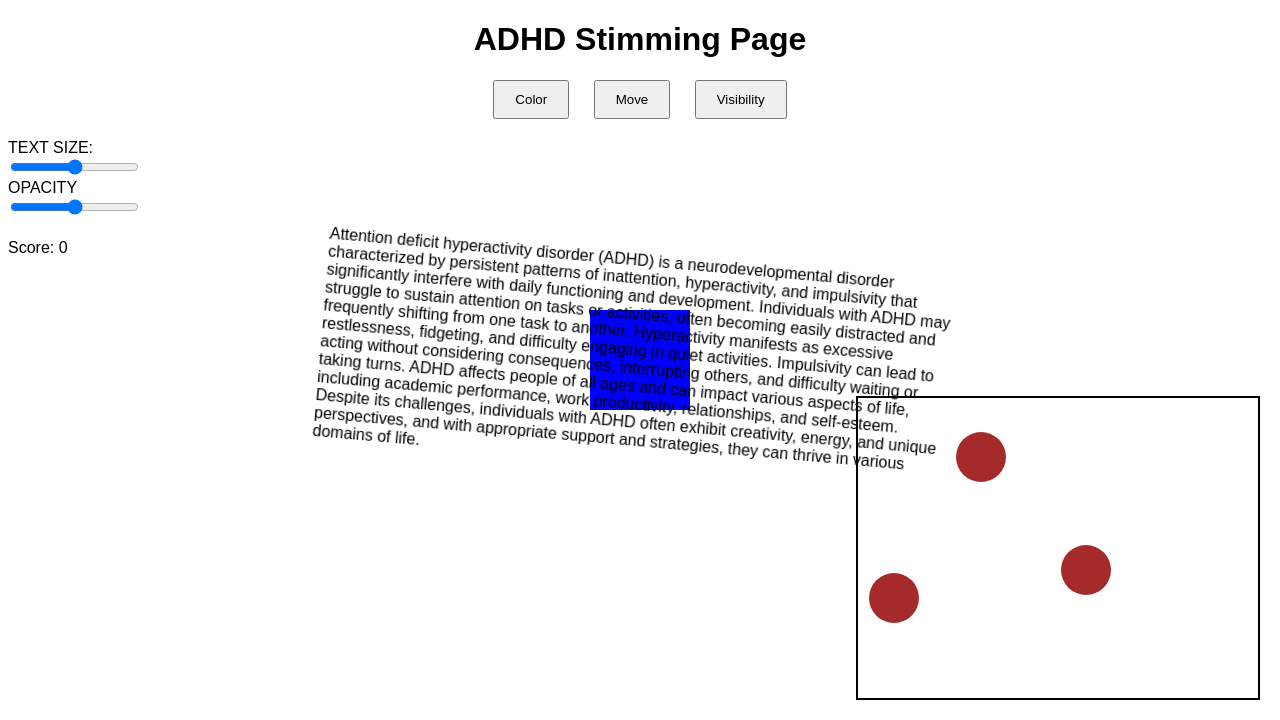
Repository: anderscederberg11/unhandledRuntimeError.json
Page: Henver/henver3.html
These files come from the project's save history. The page is drawn as it stood at one moment and after the next save; the edit follows.
The browser window is 1280 px wide. The pictures show the whole page.

Above is the page before, as saved 2024-05-24 19:23:40.

### Henver/henver3.html
<!DOCTYPE html>
<html lang="en">
<head>
    <meta charset="UTF-8">
    <meta name="viewport" content="width=device-width, initial-scale=1.0">
    <title>HenverADHD</title>
    <link rel="stylesheet" href="henver3.css">
</head>
<body>
    <h1>ADHD Stimming Page</h1>

    <div class="buttons">
      <button onclick="changeColor()">Color</button>
      <button onclick="moveElement()">Move</button>
      <button onclick="toggleVisibility()">Visibility</button>
    </div>

    <div class="sliders">
      <label for="slider1">TEXT SIZE:</label>
      <input type="range" id="slider1" min="0" max="100" value="50" onchange="adjustFontSize(this.value)">
      <label for="slider2">OPACITY</label>
      <input type="range" id="slider2" min="0" max="100" value="50" onchange="adjustOpacity(this.value)">
    </div>

    <div id="movableElement" class="movable-element"></div>

    <div class="floating-paragraph">
        <p>Attention deficit hyperactivity disorder (ADHD) is a neurodevelopmental disorder characterized by persistent patterns of inattention, hyperactivity, and impulsivity that significantly interfere with daily functioning and development. Individuals with ADHD may struggle to sustain attention on tasks or activities, often becoming easily distracted and frequently shifting from one task to another. Hyperactivity manifests as excessive restlessness, fidgeting, and difficulty engaging in quiet activities. Impulsivity can lead to acting without considering consequences, interrupting others, and difficulty waiting or taking turns. ADHD affects people of all ages and can impact various aspects of life, including academic performance, work productivity, relationships, and self-esteem. Despite its challenges, individuals with ADHD often exhibit creativity, energy, and unique perspectives, and with appropriate support and strategies, they can thrive in various domains of life.</p>
      </div>

      <div class="game-container" onclick="whackMole()">
        <div class="mole" id="mole1"></div>
        <div class="mole" id="mole2"></div>
        <div class="mole" id="mole3"></div>
      </div>

      <p>Score: <span id="score">0</span></p>

<script>
    function changeColor() {
  const colors = ["red", "green", "blue", "yellow", "purple", "orange"];
  const randomColor = colors[Math.floor(Math.random() * colors.length)];
  document.body.style.backgroundColor = randomColor;
}

function moveElement() {
  const element = document.getElementById("movableElement");
  const randomX = Math.random() * (window.innerWidth - element.offsetWidth);
  const randomY = Math.random() * (window.innerHeight - element.offsetHeight);
  element.style.left = randomX + "px";
  element.style.top = randomY + "px";
}

function toggleVisibility() {
  const element = document.getElementById("movableElement");
  element.style.display = element.style.display === "none" ? "block" : "none";
}

function adjustFontSize(value) {
  document.body.style.fontSize = value + "px";
}

function adjustOpacity(value) {
  document.getElementById("movableElement").style.opacity = value / 100;
}
let score = 0;

    function changeColor() {
      const colors = ["red", "green", "blue", "yellow", "purple", "orange"];
      const randomColor = colors[Math.floor(Math.random() * colors.length)];
      document.body.style.backgroundColor = randomColor;
    }

    function moveElement() {
      const element = document.getElementById("movableElement");
      const randomX = Math.random() * (window.innerWidth - element.offsetWidth);
      const randomY = Math.random() * (window.innerHeight - element.offsetHeight);
      element.style.left = randomX + "px";
      element.style.top = randomY + "px";
    }

    function toggleVisibility() {
      const element = document.getElementById("movableElement");
      element.style.display = element.style.display === "none" ? "block" : "none";
    }

    function adjustFontSize(value) {
      document.body.style.fontSize = value + "px";
    }

    function adjustOpacity(value) {
      document.getElementById("movableElement").style.opacity = value / 100;
    }

    function whackMole() {
      event.target.style.display = "none";
      score++;
      document.getElementById("score").innerText = score;
    }

    function showMole(mole) {
      mole.style.display = "block";
      const randomX = Math.random() * 350;
      const randomY = Math.random() * 250;
      mole.style.left = randomX + "px";
      mole.style.top = randomY + "px";
    }

    setInterval(() => {
      const moles = document.querySelectorAll(".mole");
      moles.forEach((mole) => {
        showMole(mole);
      });
    }, 1000);
</script>
</body>
</html>

### Henver/henver3.css
body {
    font-family: Arial, sans-serif;
  }

  h1 {
    text-align: center;
  }

  .buttons {
    text-align: center;
    margin-bottom: 20px;
  }

  .buttons button {
    padding: 10px 20px;
    margin: 0 10px;
  }

  .sliders {
    margin-bottom: 20px;
  }

  .sliders label {
    display: block;
  }

  .movable-element {
    width: 100px;
    height: 100px;
    background-color: blue;
    position: absolute;
    top: 50%;
    left: 50%;
    transform: translate(-50%, -50%);
  }
  .floating-paragraph {
    position: fixed;
    top: 50%;
    left: 50%;
    transform: translate(-50%, -50%);
    animation: floatAndMove 10s infinite alternate;
  }

  .game-container {
    position: fixed;
    bottom: 20px;
    right: 20px;
    width: 400px;
    height: 300px;
    border: 2px solid black;
    overflow: hidden;
}

.mole {
    position: absolute;
    width: 50px;
    height: 50px;
    background-color: brown;
    border-radius: 50%;
    cursor: pointer;
    display: none;
}
  @keyframes floatAndMove {
    0% {
      transform: translate(-50%, -50%) rotate(0deg);
    }
    50% {
      transform: translate(-50%, -50%) rotate(5deg);
    }
    100% {
      transform: translate(-50%, -50%) rotate(0deg);
    }
  }

After the next save:
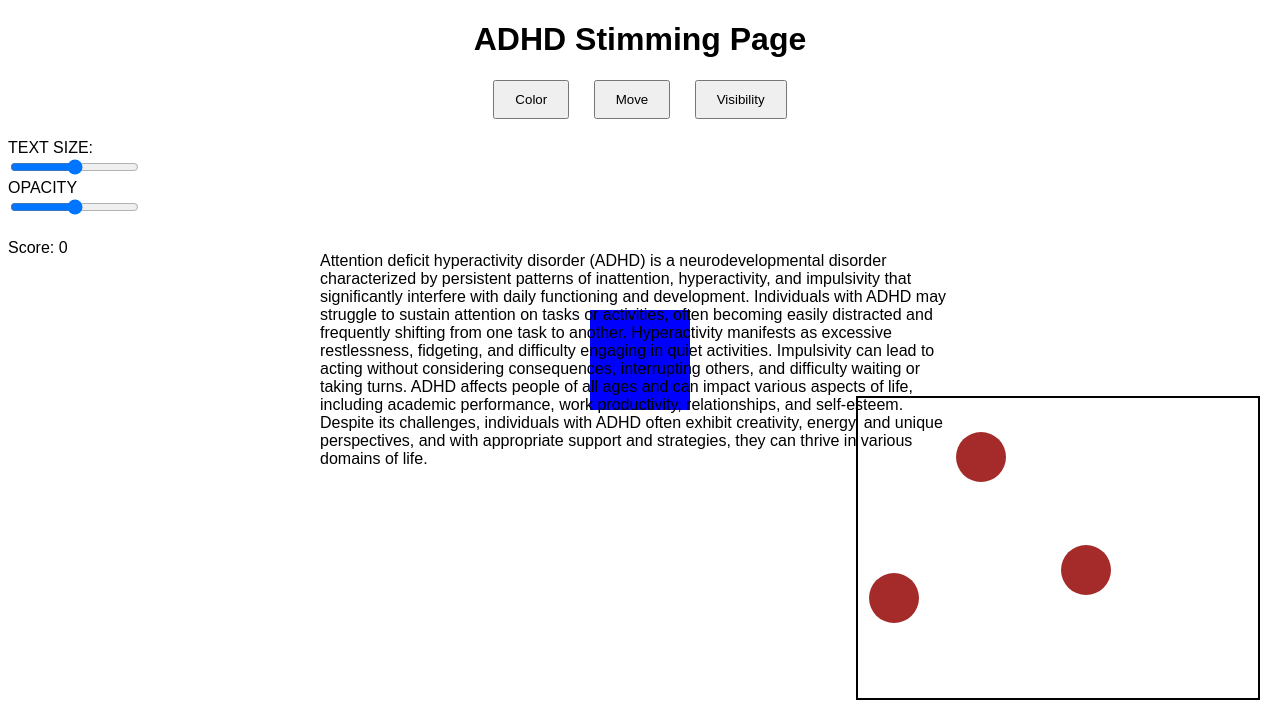
Saved 2 min 50 s later.
--- a/Henver/henver3.css
+++ b/Henver/henver3.css
@@ -60,6 +60,123 @@
     cursor: pointer;
     display: none;
 }
+</style>
+</head>
+<body>
+<h1>ADHD Stimming Page</h1>
+
+<div class="buttons">
+<button onclick="changeColor()">Color</button>
+<button onclick="moveElement()">Move</button>
+<button onclick="toggleVisibility()">Visibility</button>
+</div>
+
+<div class="sliders">
+<label for="slider1">TEXT SIZE:</label>
+<input type="range" id="slider1" min="0" max="100" value="50" onchange="adjustFontSize(this.value)">
+<label for="slider2">OPACITY</label>
+<input type="range" id="slider2" min="0" max="100" value="50" onchange="adjustOpacity(this.value)">
+</div>
+
+<div id="movableElement" class="movable-element"></div>
+
+<div class="floating-paragraph">
+<p>Attention deficit hyperactivity disorder (ADHD) is a neurodevelopmental disorder characterized by persistent patterns of inattention, hyperactivity, and impulsivity that significantly interfere with daily functioning and development. Individuals with ADHD may struggle to sustain attention on tasks or activities, often becoming easily distracted and frequently shifting from one task to another. Hyperactivity manifests as excessive restlessness, fidgeting, and difficulty engaging in quiet activities. Impulsivity can lead to acting without considering consequences, interrupting others, and difficulty waiting or taking turns. ADHD affects people of all ages and can impact various aspects of life, including academic performance, work productivity, relationships, and self-esteem. Despite its challenges, individuals with ADHD often exhibit creativity, energy, and unique perspectives, and with appropriate support and strategies, they can thrive in various domains of life.</p>
+</div>
+
+<div class="game-container" onclick="whackMole()">
+<div class="mole" id="mole1"></div>
+<div class="mole" id="mole2"></div>
+<div class="mole" id="mole3"></div>
+</div>
+
+<p>Score: <span id="score">0</span></p>
+<p>Time left: <span id="timer">60</span> seconds</p>
+<button onclick="resetGame()">Reset</button>
+
+<script>
+let score = 0;
+let timeLeft = 60;
+let timerInterval;
+
+function changeColor() {
+const colors = ["red", "green", "blue", "yellow", "purple", "orange"];
+const randomColor = colors[Math.floor(Math.random() * colors.length)];
+document.body.style.backgroundColor = randomColor;
+}
+
+function moveElement() {
+const element = document.getElementById("movableElement");
+const randomX = Math.random() * (window.innerWidth - element.offsetWidth);
+const randomY = Math.random() * (window.innerHeight - element.offsetHeight);
+element.style.left = randomX + "px";
+element.style.top = randomY + "px";
+}
+
+function toggleVisibility() {
+const element = document.getElementById("movableElement");
+element.style.display = element.style.display === "none" ? "block" : "none";
+}
+
+function adjustFontSize(value) {
+document.body.style.fontSize = value + "px";
+}
+
+function adjustOpacity(value) {
+document.getElementById("movableElement").style.opacity = value / 100;
+}
+
+function whackMole() {
+event.target.style.display = "none";
+score++;
+document.getElementById("score").innerText = score;
+}
+
+function showMole(mole) {
+mole.style.display = "block";
+const randomX = Math.random() * 350;
+const randomY = Math.random() * 250;
+mole.style.left = randomX + "px";
+mole.style.top = randomY + "px";
+}
+
+function startTimer() {
+timerInterval = setInterval(() => {
+timeLeft--;
+document.getElementById("timer").innerText = timeLeft;
+if (timeLeft === 0) {
+  clearInterval(timerInterval);
+  alert("Time's up!");
+}
+}, 1000);
+}
+
+function resetGame() {
+clearInterval(timerInterval);
+timeLeft = 60;
+score = 0;
+document.getElementById("score").innerText = score;
+document.getElementById("timer").innerText = timeLeft;
+const moles = document.querySelectorAll(".mole");
+moles.forEach((mole) => {
+mole.style.display = "none";
+});
+startTimer();
+}
+
+startTimer(); // Start the timer when the page loads
+</script>
+</body>
+</html>
+Now, the game has a timer that starts at 60 seconds when the page loads. When the timer reaches 0, an alert pops up indicating that the time's up. Additionally, there's a reset button that resets the game, including the score and timer.
+
+
+
+
+
+
+
+
   @keyframes floatAndMove {
     0% {
       transform: translate(-50%, -50%) rotate(0deg);

After the save that followed:
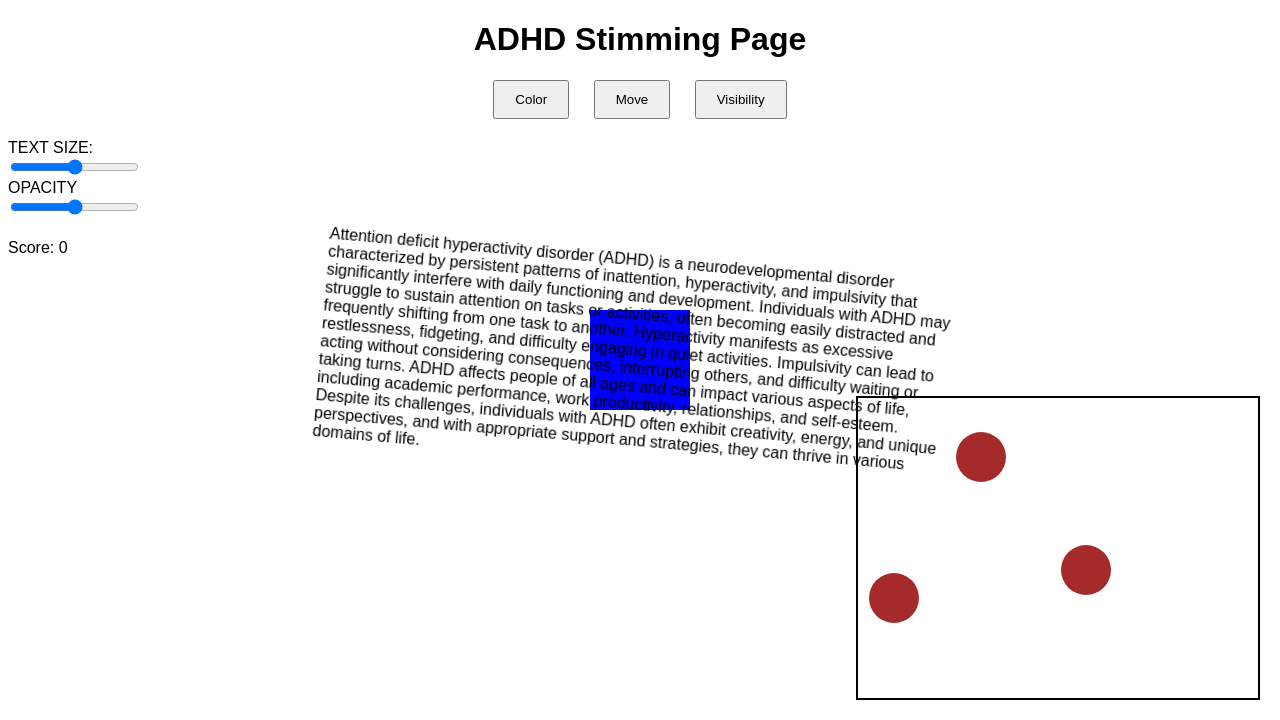
Saved 15 s later.
--- a/Henver/henver3.css
+++ b/Henver/henver3.css
@@ -60,123 +60,6 @@
     cursor: pointer;
     display: none;
 }
-</style>
-</head>
-<body>
-<h1>ADHD Stimming Page</h1>
-
-<div class="buttons">
-<button onclick="changeColor()">Color</button>
-<button onclick="moveElement()">Move</button>
-<button onclick="toggleVisibility()">Visibility</button>
-</div>
-
-<div class="sliders">
-<label for="slider1">TEXT SIZE:</label>
-<input type="range" id="slider1" min="0" max="100" value="50" onchange="adjustFontSize(this.value)">
-<label for="slider2">OPACITY</label>
-<input type="range" id="slider2" min="0" max="100" value="50" onchange="adjustOpacity(this.value)">
-</div>
-
-<div id="movableElement" class="movable-element"></div>
-
-<div class="floating-paragraph">
-<p>Attention deficit hyperactivity disorder (ADHD) is a neurodevelopmental disorder characterized by persistent patterns of inattention, hyperactivity, and impulsivity that significantly interfere with daily functioning and development. Individuals with ADHD may struggle to sustain attention on tasks or activities, often becoming easily distracted and frequently shifting from one task to another. Hyperactivity manifests as excessive restlessness, fidgeting, and difficulty engaging in quiet activities. Impulsivity can lead to acting without considering consequences, interrupting others, and difficulty waiting or taking turns. ADHD affects people of all ages and can impact various aspects of life, including academic performance, work productivity, relationships, and self-esteem. Despite its challenges, individuals with ADHD often exhibit creativity, energy, and unique perspectives, and with appropriate support and strategies, they can thrive in various domains of life.</p>
-</div>
-
-<div class="game-container" onclick="whackMole()">
-<div class="mole" id="mole1"></div>
-<div class="mole" id="mole2"></div>
-<div class="mole" id="mole3"></div>
-</div>
-
-<p>Score: <span id="score">0</span></p>
-<p>Time left: <span id="timer">60</span> seconds</p>
-<button onclick="resetGame()">Reset</button>
-
-<script>
-let score = 0;
-let timeLeft = 60;
-let timerInterval;
-
-function changeColor() {
-const colors = ["red", "green", "blue", "yellow", "purple", "orange"];
-const randomColor = colors[Math.floor(Math.random() * colors.length)];
-document.body.style.backgroundColor = randomColor;
-}
-
-function moveElement() {
-const element = document.getElementById("movableElement");
-const randomX = Math.random() * (window.innerWidth - element.offsetWidth);
-const randomY = Math.random() * (window.innerHeight - element.offsetHeight);
-element.style.left = randomX + "px";
-element.style.top = randomY + "px";
-}
-
-function toggleVisibility() {
-const element = document.getElementById("movableElement");
-element.style.display = element.style.display === "none" ? "block" : "none";
-}
-
-function adjustFontSize(value) {
-document.body.style.fontSize = value + "px";
-}
-
-function adjustOpacity(value) {
-document.getElementById("movableElement").style.opacity = value / 100;
-}
-
-function whackMole() {
-event.target.style.display = "none";
-score++;
-document.getElementById("score").innerText = score;
-}
-
-function showMole(mole) {
-mole.style.display = "block";
-const randomX = Math.random() * 350;
-const randomY = Math.random() * 250;
-mole.style.left = randomX + "px";
-mole.style.top = randomY + "px";
-}
-
-function startTimer() {
-timerInterval = setInterval(() => {
-timeLeft--;
-document.getElementById("timer").innerText = timeLeft;
-if (timeLeft === 0) {
-  clearInterval(timerInterval);
-  alert("Time's up!");
-}
-}, 1000);
-}
-
-function resetGame() {
-clearInterval(timerInterval);
-timeLeft = 60;
-score = 0;
-document.getElementById("score").innerText = score;
-document.getElementById("timer").innerText = timeLeft;
-const moles = document.querySelectorAll(".mole");
-moles.forEach((mole) => {
-mole.style.display = "none";
-});
-startTimer();
-}
-
-startTimer(); // Start the timer when the page loads
-</script>
-</body>
-</html>
-Now, the game has a timer that starts at 60 seconds when the page loads. When the timer reaches 0, an alert pops up indicating that the time's up. Additionally, there's a reset button that resets the game, including the score and timer.
-
-
-
-
-
-
-
-
   @keyframes floatAndMove {
     0% {
       transform: translate(-50%, -50%) rotate(0deg);
